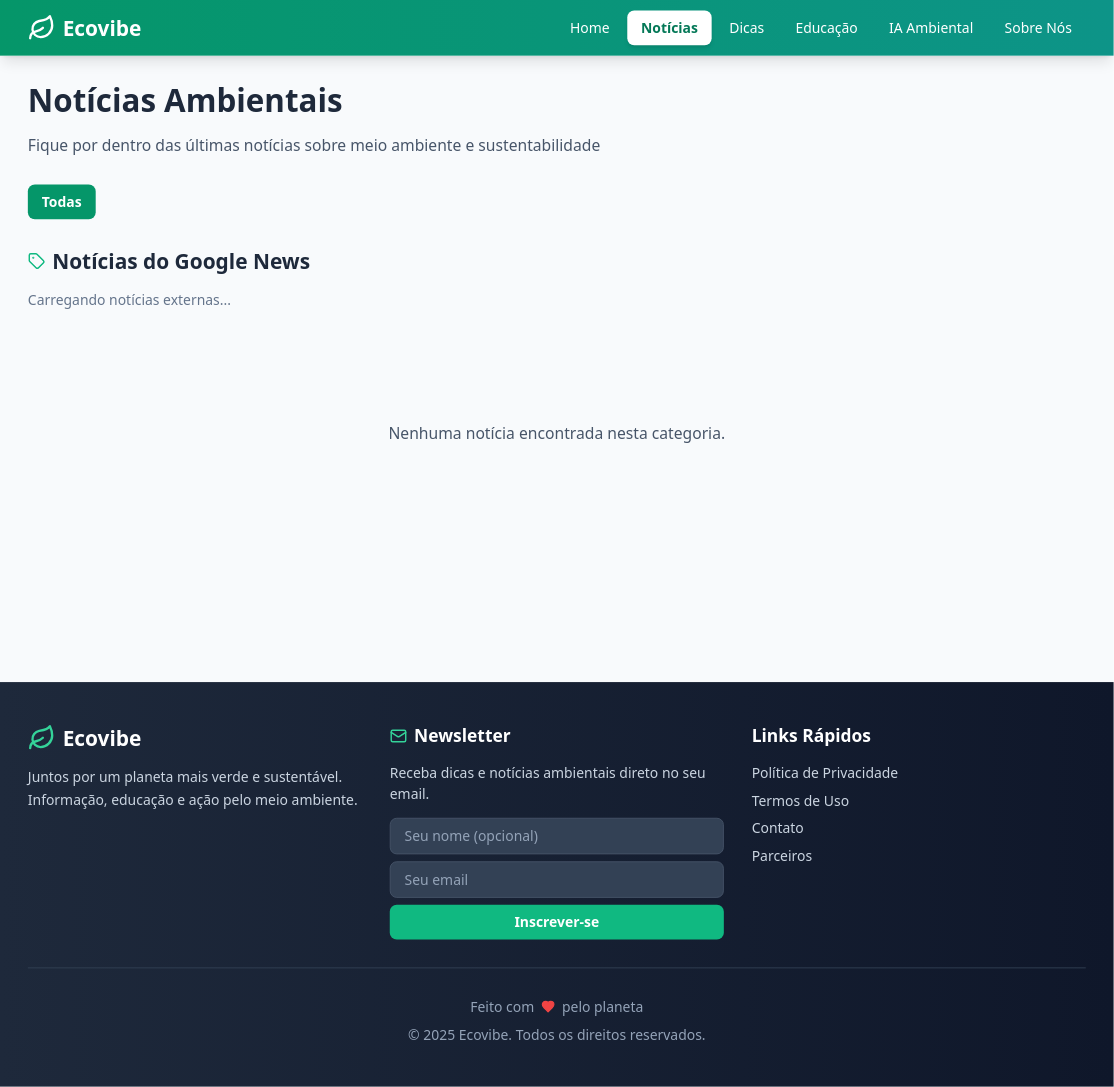
Repository: ewertongomeslisboa/ecovibe
Page: /, after clicking the first element matching `nav.hidden > :nth-child(2)`
An editor plug-in stored every save of this project. The page is shown before and after the next save, followed by the edit.
The browser window is 1280 px wide. The pictures show the whole page, at 87% of full size.
The page's requests for data from a server got no answer. The project was rebuilt for these pictures with package versions that can differ from the ones it lists, and the page was loaded fresh each time. No one was signed in, and anything a server would have sent is missing. Also part of the build but not shown: vite.config.ts, src/pages/TipsPage.tsx, src/pages/EducationPage.tsx, src/pages/AIPage.tsx, src/pages/AboutPage.tsx.

Above is the page before, as saved 2025-10-05 11:25:19.

After the next save:
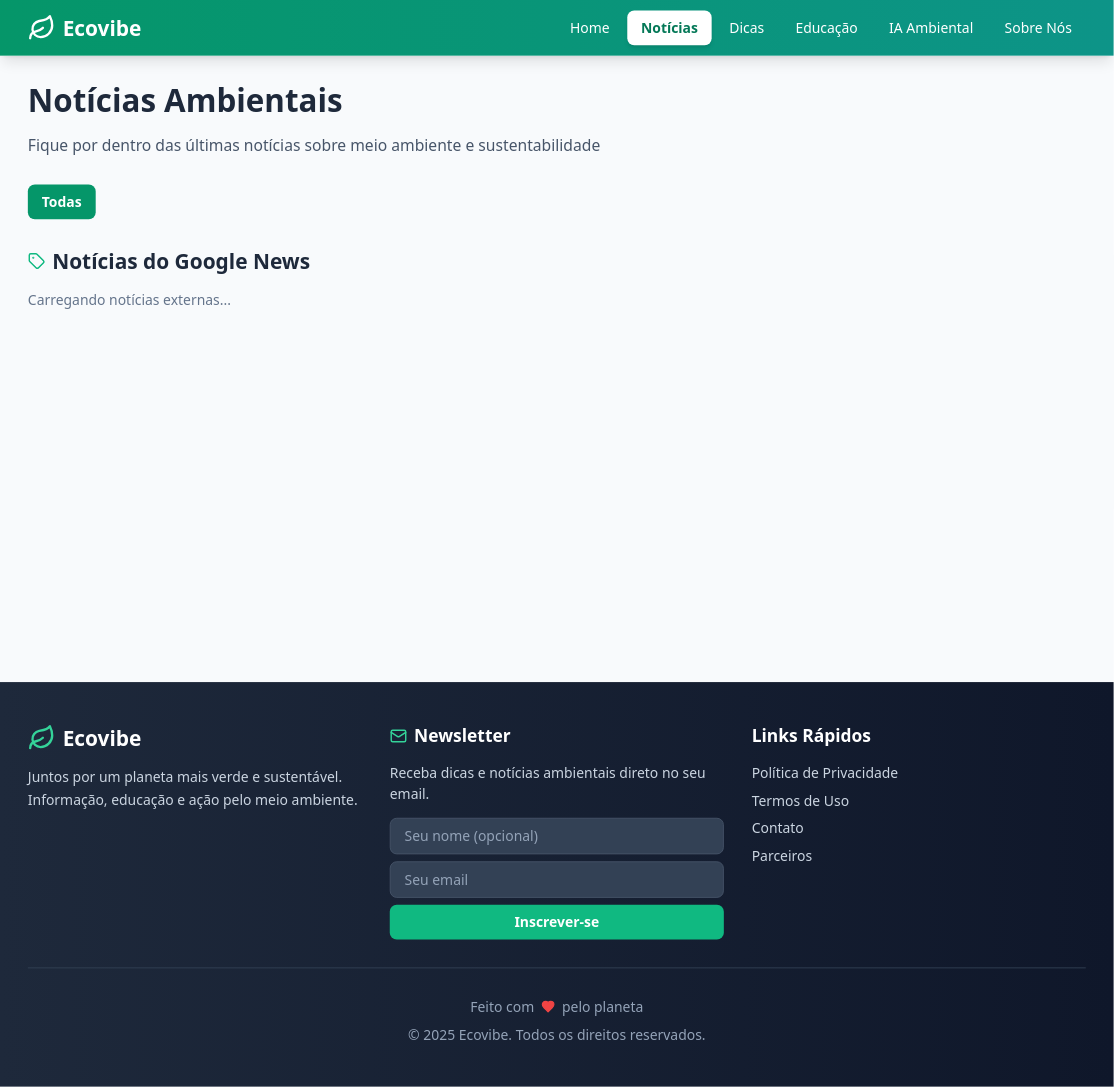
Saved 47 s later.
--- a/src/pages/NewsPage.tsx
+++ b/src/pages/NewsPage.tsx
@@ -392,12 +392,6 @@ export default function NewsPage() {
             ))}
           </div>
         )}
-
-        {!loading && articles.length === 0 && (
-          <div className="text-center py-20">
-            <p className="text-slate-600 text-lg">Nenhuma notícia encontrada nesta categoria.</p>
-          </div>
-        )}
       </div>
     </div>
   );
